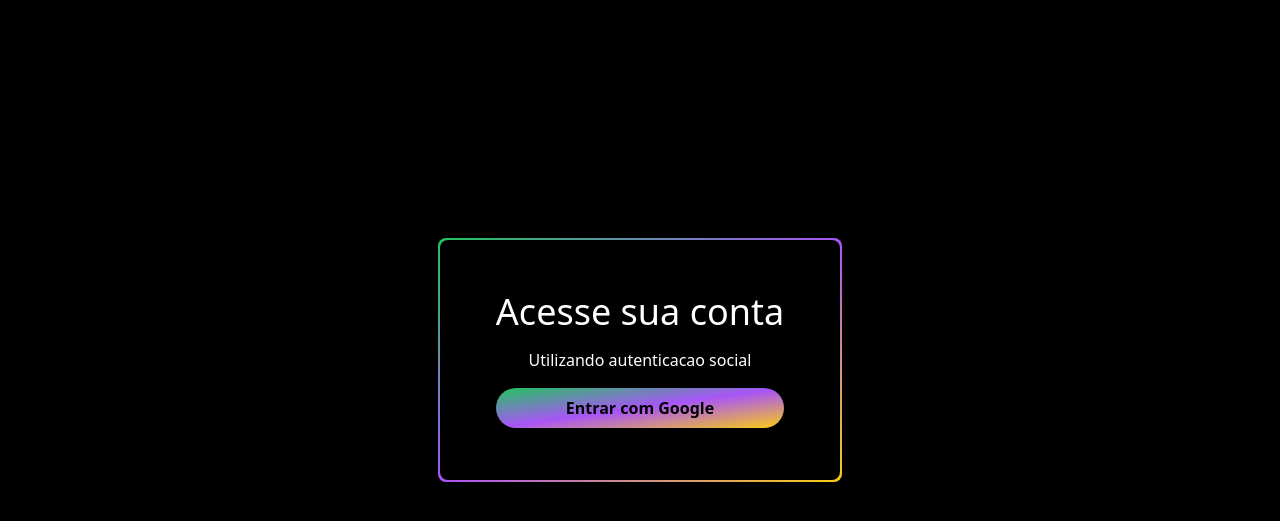
Repository: LuisSempre/firegoogle
Page: /
The author's editor kept a copy of each file at every save. The page is drawn from the files as they stood at one save, then again after the next save.
The browser window is 1280 px wide. The pictures show the whole page.
The project was rebuilt for these pictures with package versions that can differ from the ones it lists, and the page was loaded fresh each time. Also part of the build but not shown: vite.config.ts.

Above is the page before, as saved 2022-07-29 00:35:23.

### src/App.tsx
import { Sign } from './pages/Sign'
function App() {
  return (
    <div className="flex h-screen items-center justify-center bg-black text-white">
	<Sign />
    </div>
  )
}

export default App

### src/pages/Sign.tsx
import { GoogleAuthProvider, signInWithPopup, User } from "firebase/auth";
import { auth } from "../services/firebase";
import { useState } from "react";

export function Sign() {
  const [user, setUser] = useState<User>({} as User);

  function handleSign() {
    const provider = new GoogleAuthProvider();

    signInWithPopup(auth, provider)
      .then((result) => {
        setUser(result.user);
      })
      .catch((error) => {
        console.log(error);
      });
  }

  return (
    <div className="flex flex-col gap-y-4">
      <div className="relative rounded-lg p-0.5 overflow-hidden bg-transparent shadow-sm hover:border-gray-400 focus-within:ring-2 focus-within:ring-offset-2 focus-within:ring-indigo-500">
        <div className="relative z-10 flex items-center w-full h-full px-6 py-5 bg-black rounded-lg">
          <div className="flex flex-col items-center justify-center">
            {user.photoURL && (
              <img
                className="w-16 h-16 rounded-full"
                src={user.photoURL}
                alt="Foto do usuario"
              />
            )}{" "}
            <strong> {user.displayName} </strong> <small> {user.email} </small>{" "}
          </div>{" "}
          <div className="flex flex-col items-center justify-center w-full max-w-6xl p-8 rounded-md gap-y-4">
            {" "}
            <h1 className="text-4xl"> Acesse sua conta </h1>{" "}
            <span> Utilizando autenticacao social </span>{" "}
            <button
              onClick={handleSign}
              className="w-full px-4 py-2 font-bold text-black rounded-full bg-gradient-to-br from-green-500 via-purple-500 to-yellow-400"
            >
              {" "}
              Entrar com Google{" "}
            </button>{" "}
          </div>
        </div>
        <div className="absolute top-0 left-0 w-full h-full bg-gradient-to-br from-green-500 via-purple-500 to-yellow-400"></div>
      </div>
    </div>
  );
}

### src/services/firebase.ts
// Import the functions you need from the SDKs you need
import { initializeApp } from "firebase/app";
import { getAuth } from 'firebase/auth';
// TODO: Add SDKs for Firebase products that you want to use
// https://firebase.google.com/docs/web/setup#available-libraries

// Your web app's Firebase configuration
const firebaseConfig = {
  apiKey: "AIzaSyAEl3FGTmh3VO2QHZRtj6Z52eV6H2JhAUA",
  authDomain: "auth-c1fe0.firebaseapp.com",
  projectId: "auth-c1fe0",
  storageBucket: "auth-c1fe0.appspot.com",
  messagingSenderId: "361205357730",
  appId: "1:361205357730:web:623bfbf75f5f093cbecbfb"
};

// Initialize Firebase
const app = initializeApp(firebaseConfig);
export const auth =  getAuth(app);

### tailwind.config.js
/** @type {import('tailwindcss').Config} */
module.exports = {
  content: [
	"./index.html",
    	"./src/**/*.{vue,js,ts,jsx,tsx}",
  ],
  theme: {
    extend: {},
  },
  plugins: [],
}

Loaded but not shown: index.html (common file); src/main.tsx (common file); src/index.css (common file)

After the next save:
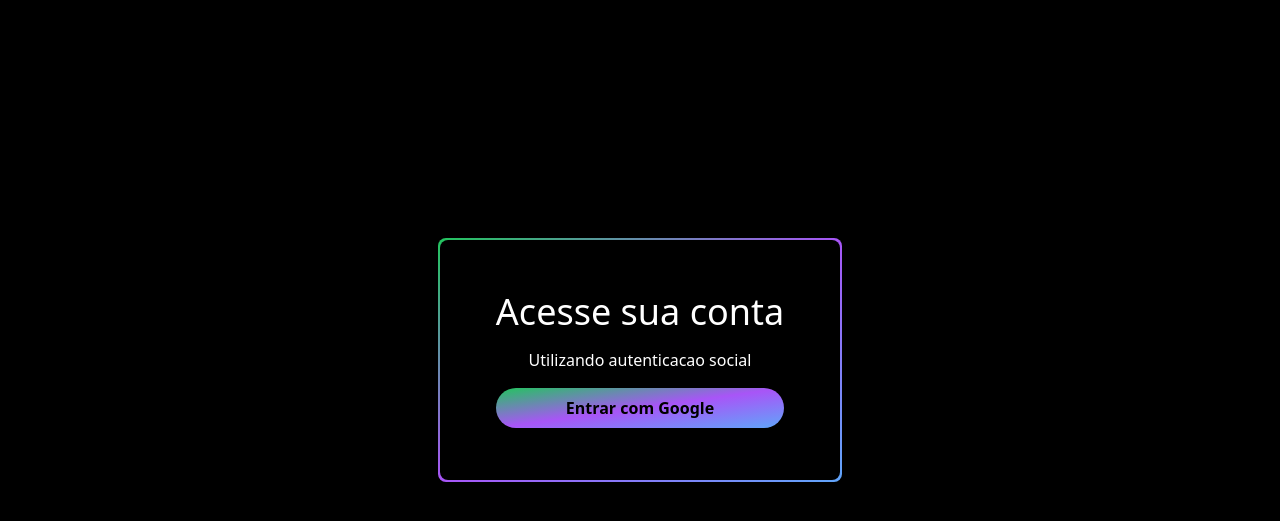
Saved 14 s later.
--- a/src/pages/Sign.tsx
+++ b/src/pages/Sign.tsx
@@ -37,14 +37,14 @@
             <span> Utilizando autenticacao social </span>{" "}
             <button
               onClick={handleSign}
-              className="w-full px-4 py-2 font-bold text-black rounded-full bg-gradient-to-br from-green-500 via-purple-500 to-yellow-400"
+              className="w-full px-4 py-2 font-bold text-black rounded-full bg-gradient-to-br from-green-500 via-purple-500 to-blue-400"
             >
               {" "}
               Entrar com Google{" "}
             </button>{" "}
           </div>
         </div>
-        <div className="absolute top-0 left-0 w-full h-full bg-gradient-to-br from-green-500 via-purple-500 to-yellow-400"></div>
+        <div className="absolute top-0 left-0 w-full h-full bg-gradient-to-br from-green-500 via-purple-500 to-blue-400"></div>
       </div>
     </div>
   );
